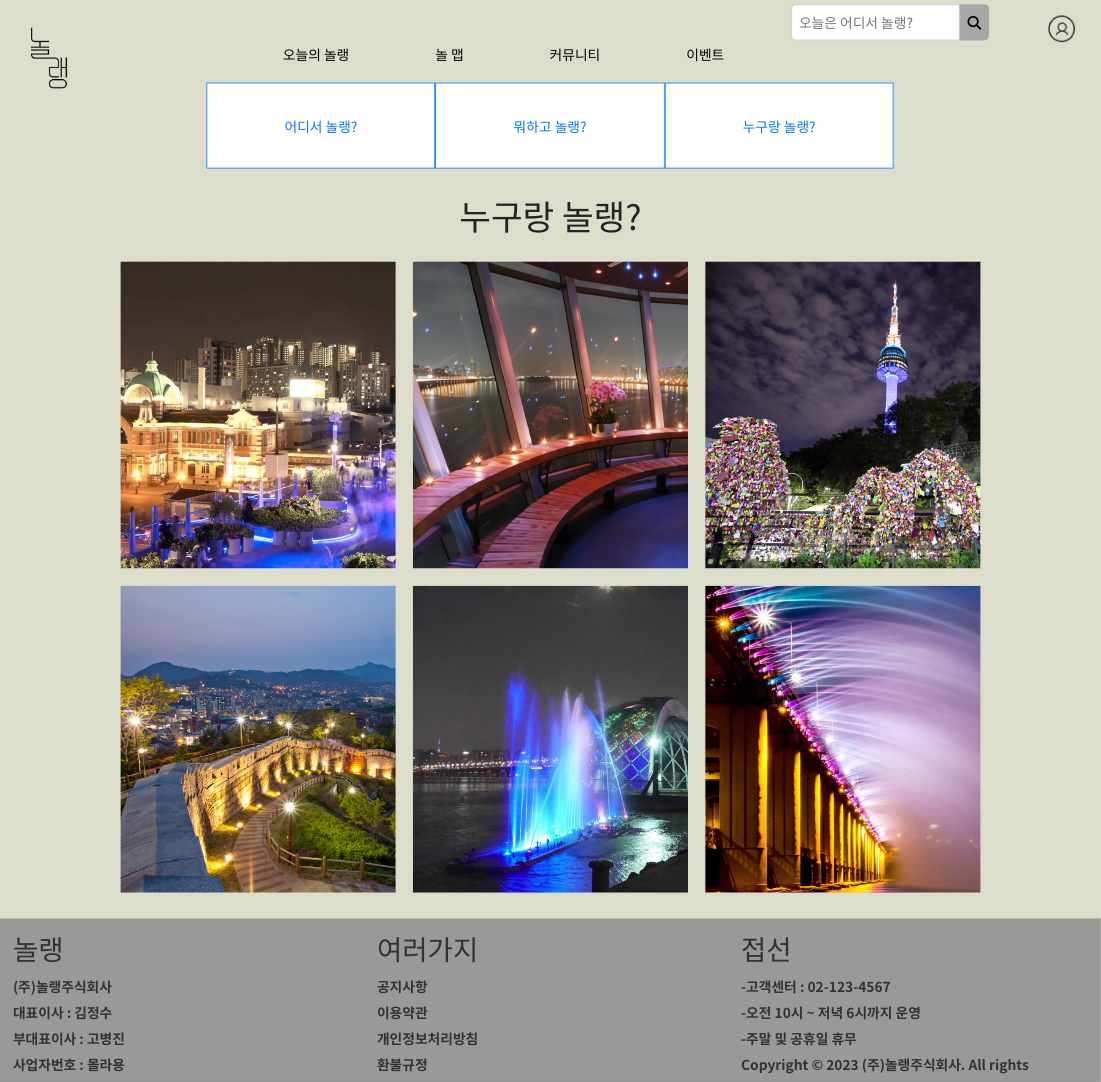
Repository: rrqrw/-
Page: http://localhost/noll_project/who/who2.jsp
An editor plug-in stored every save of this project. The page is shown before and after the next save, followed by the edit.
The browser window is 1280 px wide. The pictures show the whole page, at 86% of full size.
Some web fonts or font styles are not loaded; a fallback is used. Some web libraries are served in a nearby version. The page is served by Tomcat 9.

Above is the page before, as saved 2023-12-12 12:12:23.

After the next save:
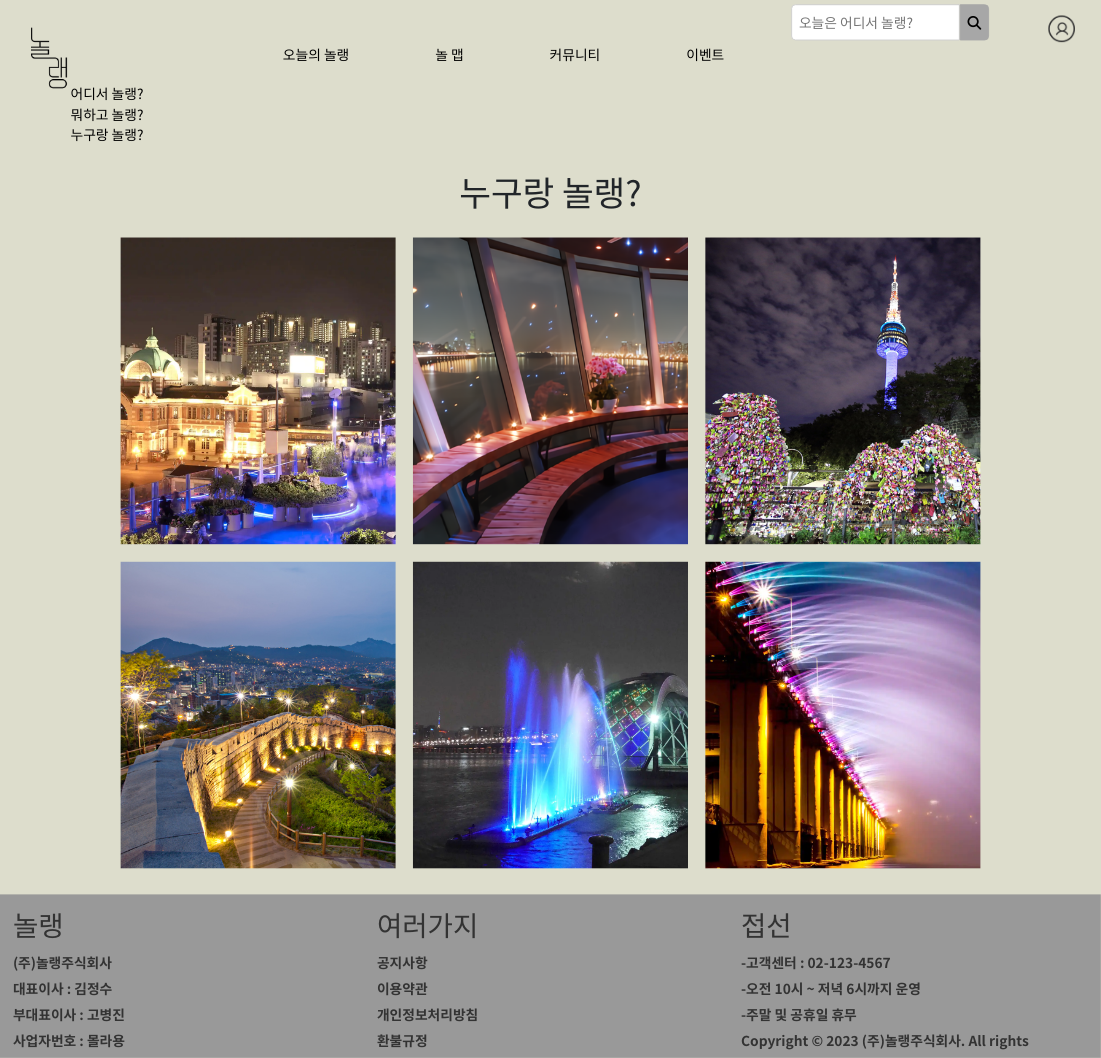
Saved 86 s later.
--- a/noll_project/src/main/webapp/resources/css/style.css
+++ b/noll_project/src/main/webapp/resources/css/style.css
@@ -509,44 +509,6 @@
   display: flex;
   align-items: flex-start;
 }
-
-/*who*/
-.container ul li{
-  list-style: none;
-
-}
-.container ul li a{
-  text-decoration: none;
-  color: rgb(0, 119, 255);
-}
-.menu{
-  width: 800px;
-  height: 100px;
-  border-radius: 30%;
-  margin: 0 auto;
-}
-.menu ul li{
-  float: left;
-  width: 33.3%;
-  height: 100px;
-  line-height: 100px;
-  vertical-align: middle;
-  text-align: center;
-  background: white;
-  border: 1px solid rgb(0, 119, 255);
-}
-.menu ul li a{
-  display: block;
-}
-.menu ul li a:hover{
-  background:rgb(0, 119, 255);
-  color: white;
-}
-.card img{
-  width: 100%px;
-  height: 300px;
-}
-
 /*who1*/
 #content ul{list-style: none;}
 #content{width: 1000px; margin: 30px auto;}

After the save that followed:
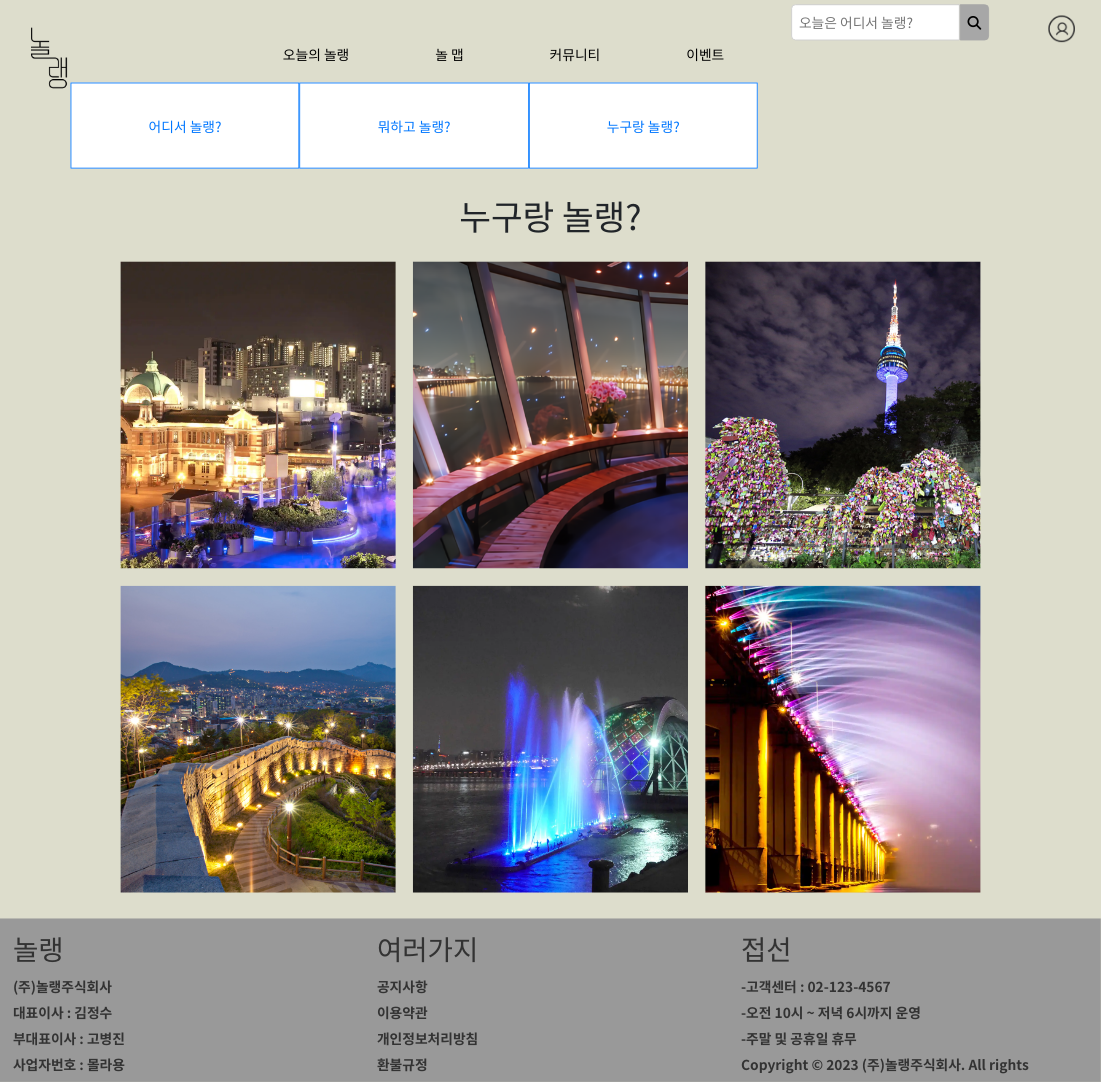
Saved 102 s later.
--- a/noll_project/src/main/webapp/resources/css/style.css
+++ b/noll_project/src/main/webapp/resources/css/style.css
@@ -509,6 +509,40 @@
   display: flex;
   align-items: flex-start;
 }
+
+/*who*/
+.container ul li{
+  list-style: none;
+
+}
+.container ul li a{
+  text-decoration: none;
+  color: rgb(0, 119, 255);
+}
+.menu{
+  width: 800px;
+  height: 100px;
+  border-radius: 30%;
+
+}
+.menu ul li{
+  float: left;
+  width: 33.3%;
+  height: 100px;
+  line-height: 100px;
+  vertical-align: middle;
+  text-align: center;
+  background: white;
+  border: 1px solid rgb(0, 119, 255);
+}
+.menu ul li a{
+  display: block;
+}
+.menu ul li a:hover{
+  background:rgb(0, 119, 255);
+  color: white;
+}
+
 /*who1*/
 #content ul{list-style: none;}
 #content{width: 1000px; margin: 30px auto;}
